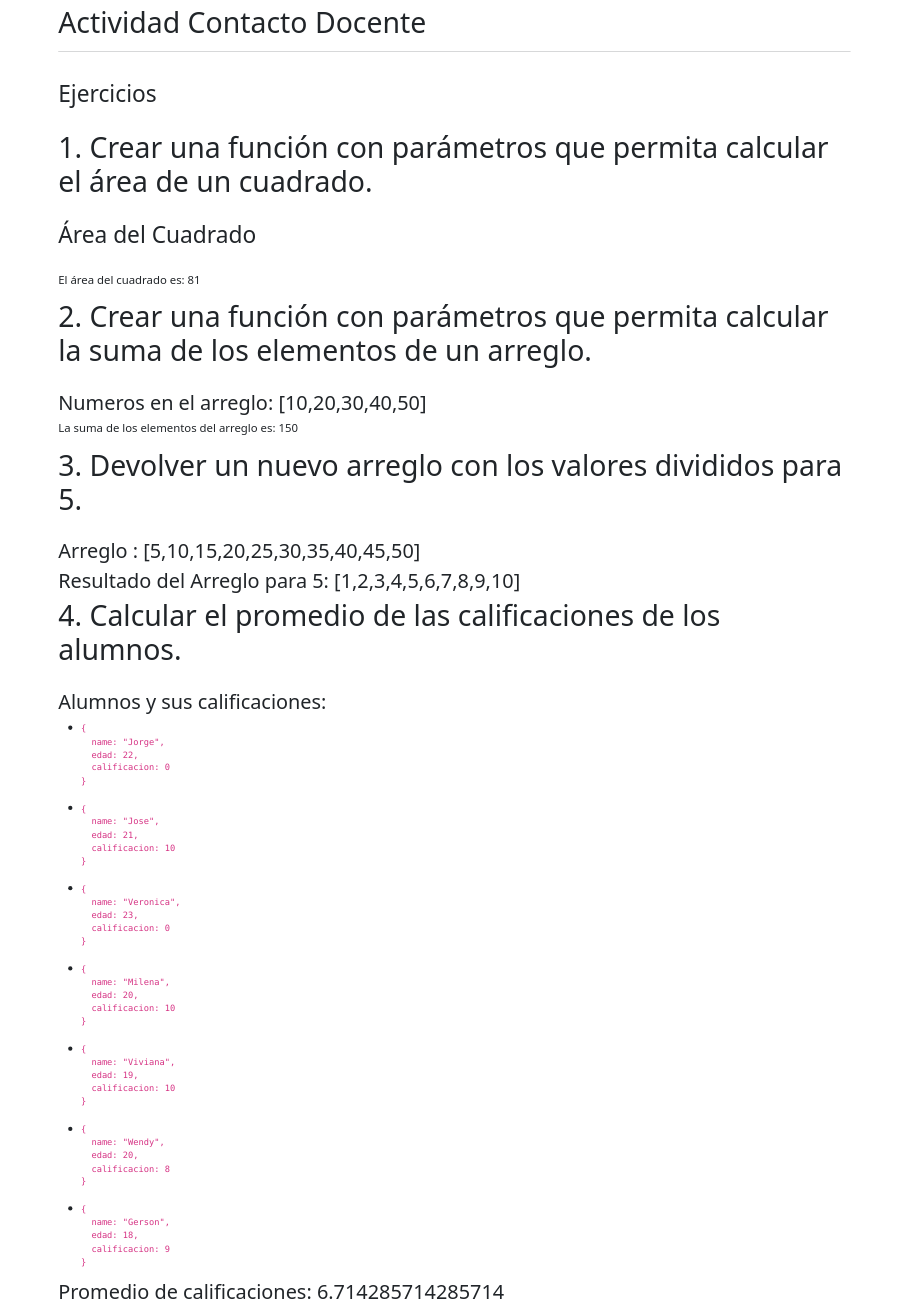
Repository: Jchimbo99/Actvidad1
Page: / (app in typescript-actividad/)
The author's editor kept a copy of each file at every save. The page is drawn from the files as they stood at one save, then again after the next save.
The browser window is 1280 px wide. The pictures show the whole page, at 71% of full size.
The project was rebuilt for these pictures with package versions that can differ from the ones it lists, and the page was loaded fresh each time. Also part of the build but not shown: typescript-actividad/vite.config.ts.

Above is the page before, as saved 2025-01-22 21:07:32.

### typescript-actividad/index.html
<!doctype html>
<html lang="en">
  <head>
    <meta charset="UTF-8" />
    <link rel="icon" type="image/svg+xml" href="/vite.svg" />
    <meta name="viewport" content="width=device-width, initial-scale=1.0" />
    <link href="https://cdn.jsdelivr.net/npm/bootstrap@5.3.3/dist/css/bootstrap.min.css" rel="stylesheet" integrity="sha384-QWTKZyjpPEjISv5WaRU9OFeRpok6YctnYmDr5pNlyT2bRjXh0JMhjY6hW+ALEwIH" crossorigin="anonymous">

    <title>Activididad Jch</title>
  </head>
  <body class="container">
    <div id="root"></div>
    <script type="module" src="/src/main.tsx"></script>
  </body>
</html>

### typescript-actividad/src/App.tsx
import { AreaCuadrado } from "./typescript/AreaCuadrado";
import { SumaArreglo } from "./typescript/Arreglo";
import { ArreglosDivision } from "./typescript/ArreglosDivision";
import { PromedioCalificaciones } from "./typescript/PromedioCalificaciones";

export const App = () => {
  return (

    <div className="mt-2">
      <h1>Actividad Contacto Docente</h1>
      <hr />
      <br />
      <h2>Ejercicios</h2>
      <br />

      <AreaCuadrado/>

      <SumaArreglo/>
      <ArreglosDivision/>
      <PromedioCalificaciones/>
      </div>
  )
}


export default App;

### typescript-actividad/src/typescript/AreaCuadrado.tsx
export const AreaCuadrado = () => {
    const lado = 9;
    const area = lado * lado;

    return (
        <div>

            <h1>1.	Crear una función con parámetros que permita calcular el área de un cuadrado.</h1>
            <br />
            <h2>Área del Cuadrado</h2>
            <br />
            <p>El área del cuadrado es: {area}</p>
        </div>
    );
}

### typescript-actividad/src/typescript/Arreglo.tsx
export const SumaArreglo = () => {

    const numeros = [10, 20, 30, 40, 50];

    const calcularSuma = (numeros: number[]): number => {
        return numeros.reduce((total, numero) => total + numero, 0);
    }

    const totalSuma = calcularSuma(numeros);

    return (
        <div>
            <h1>2. Crear una función con parámetros que permita calcular la suma de los elementos de un arreglo.</h1>
            <br />
            <h3>Numeros en el arreglo: {JSON.stringify(numeros)}</h3>
            <p>La suma de los elementos del arreglo es: {totalSuma}</p>
        </div>
    );
}

### typescript-actividad/src/typescript/ArreglosDivision.tsx
export const ArreglosDivision = () => {
    const arreglo = [5, 10, 15, 20, 25, 30, 35, 40, 45, 50];

    const arregloDividido = arreglo.map((valor) => valor / 5);

    return (
        <div>
            <h1>3. Devolver un nuevo arreglo con los valores divididos para 5.</h1>
            <br />
            <h3>Arreglo : {JSON.stringify(arreglo)}</h3>
            <h3>Resultado del Arreglo para  5: {JSON.stringify(arregloDividido)}</h3>
        </div>
    );
}

### typescript-actividad/src/typescript/PromedioCalificaciones.tsx
interface Alumnos {
    name: string;
    edad: number;
    calificacion: number;
}

export const PromedioCalificaciones = () => {
    const alumnos: Alumnos[] = [
        {
            name: "Jorge",
            edad: 22,
            calificacion: 0,
        },
        {
            name: "Jose",
            edad: 21,
            calificacion: 10,
        },
        {
            name: "Veronica",
            edad: 23,
            calificacion: 0,
        },
        {
            name: "Milena",
            edad: 20,
            calificacion: 10,
        },
        {
            name: "Viviana",
            edad: 19,
            calificacion: 10,
        },
        {
            name: "Wendy",
            edad: 20,
            calificacion: 8,
        },
        {
            name: "Gerson",
            edad: 18,
            calificacion: 9,
        },
    ];

    // Función para calcular el promedio de las calificaciones
    const calcularPromedio = (alumnos: Alumnos[]): number => {
        const sumaCalificaciones = alumnos.reduce((total, alumno) => total + alumno.calificacion, 0);
        return sumaCalificaciones / alumnos.length;
    };

    const promedio = calcularPromedio(alumnos);

    return (
        <div>
            <h1>4. Calcular el promedio de las calificaciones de los alumnos.</h1>
            <br />
            <h3>Alumnos y sus calificaciones:</h3>
            <ul>
                {alumnos.map((alumno) => (
                    <li>
                        <code>
                            <pre>{`{\n  name: "${alumno.name}",\n  edad: ${alumno.edad},\n  calificacion: ${alumno.calificacion}\n}`}</pre>
                        </code>
                    </li>
                ))}
            </ul>
            <h3>Promedio de calificaciones: {promedio}</h3>
        </div>
    );
};

Loaded but not shown: typescript-actividad/src/main.tsx (common file)

After the next save:
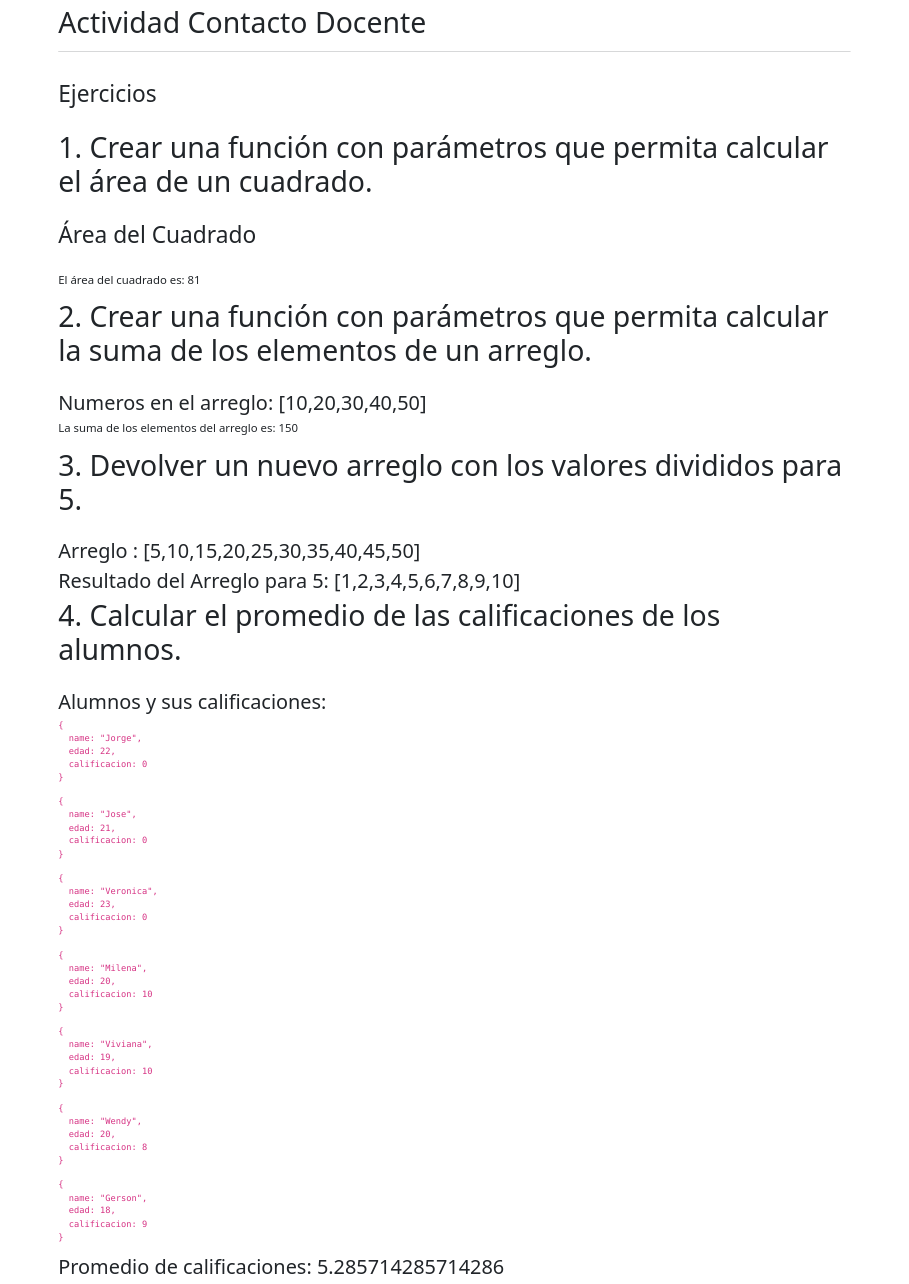
Saved 37 s later.
--- a/typescript-actividad/src/typescript/PromedioCalificaciones.tsx
+++ b/typescript-actividad/src/typescript/PromedioCalificaciones.tsx
@@ -14,7 +14,7 @@ export const PromedioCalificaciones = () => {
         {
             name: "Jose",
             edad: 21,
-            calificacion: 10,
+            calificacion: 0,
         },
         {
             name: "Veronica",
@@ -56,7 +56,7 @@ export const PromedioCalificaciones = () => {
             <h1>4. Calcular el promedio de las calificaciones de los alumnos.</h1>
             <br />
             <h3>Alumnos y sus calificaciones:</h3>
-            <ul>
+            <ul style={{ listStyleType: "none", paddingLeft: "0" }}>
                 {alumnos.map((alumno) => (
                     <li>
                         <code>
